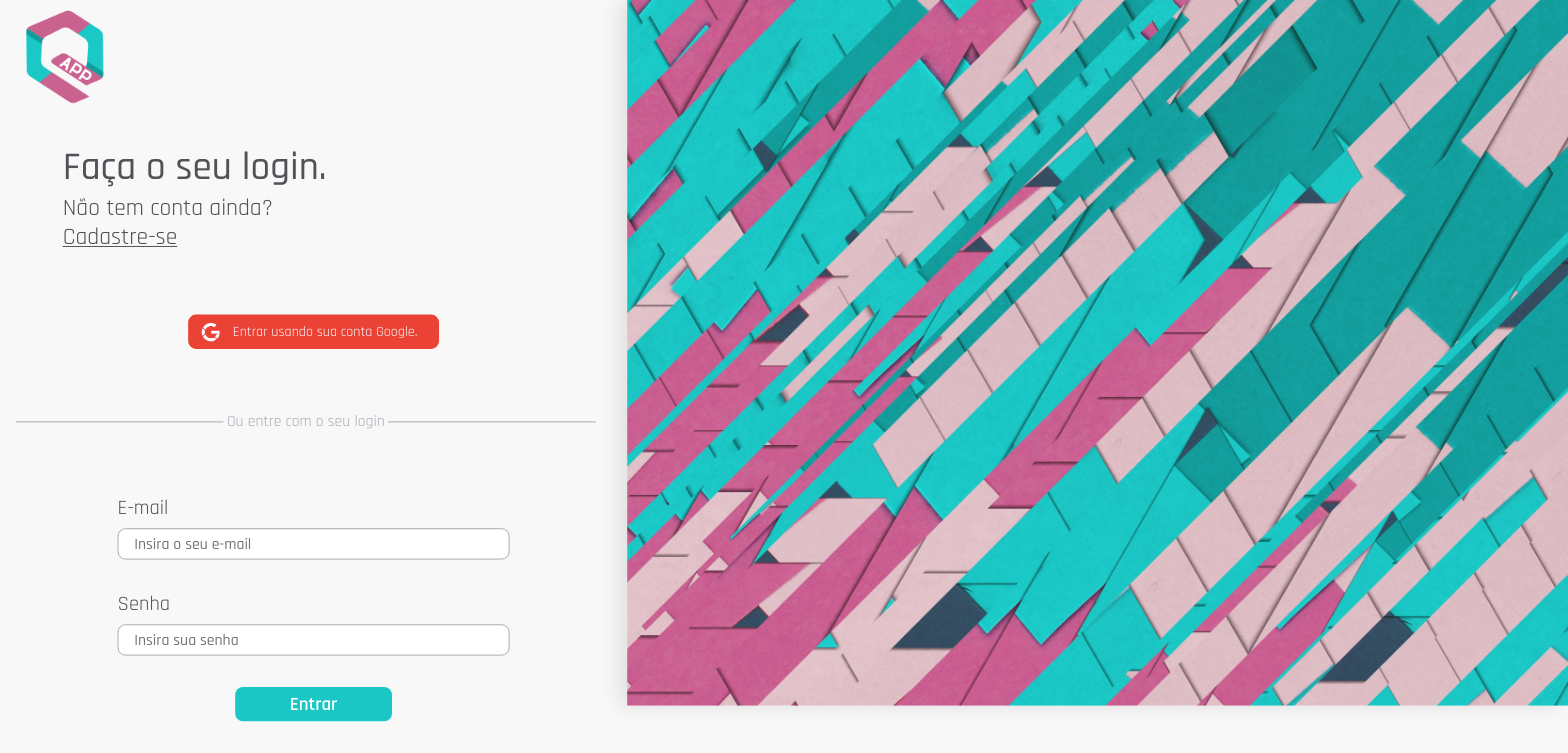
Repository: kika-cavalher/qapp-web
Page: /
The author's editor kept a copy of each file at every save. The page is drawn from the files as they stood at one save, then again after the next save.
The browser window is 1280 px wide. The page is 1600 px wide, so the pictures cover 1600 px, including what lies to the right of the window. The pictures show the whole page, at 98% of full size.
The page's requests for data from a server got no answer. The project was rebuilt for these pictures with package versions that can differ from the ones it lists, and the page was loaded fresh each time. No one was signed in, and anything a server would have sent is missing. Also part of the build but not shown: src/pages/Register.tsx.

Above is the page before, as saved 2022-02-28 16:58:32.

### public/index.html
<!DOCTYPE html>
<html lang="pt-br">
  <head>
    <meta charset="utf-8" />
    <meta name="viewport" content="width=device-width, initial-scale=1" />

    <link rel="preconnect" href="https://fonts.googleapis.com">
    <link rel="preconnect" href="https://fonts.gstatic.com" crossorigin>
    <link href="https://fonts.googleapis.com/css2?family=Rajdhani:wght@300;400;500;600;700&display=swap" rel="stylesheet">

    <title>QApp</title>
  </head>
  <body>
    <noscript>You need to enable JavaScript to run this app.</noscript>
    <div id="root"></div>
  </body>
</html>

### src/index.tsx
import React from 'react';
import ReactDOM from 'react-dom';
import App from './App';

import './styles/global/styles.scss';
import './services/firebase'


ReactDOM.render(
  <React.StrictMode>
    <App />
  </React.StrictMode>,
  document.getElementById('root')
);

### src/App.tsx
import { BrowserRouter, Routes, Route } from "react-router-dom";

import { LoginPage } from "./pages/Login";
import { RegisterPage } from "./pages/Register";

function App() {
  return (
    <BrowserRouter>
      <Routes>
        <Route path="/" element={<LoginPage />} />
        <Route path="register" element={<RegisterPage  />} />
      </Routes>
    </BrowserRouter>
  );
}

export default App;

### src/styles/global/styles.scss
@import 'variables.scss';

* {
    box-sizing: border-box;
    margin: 0;
    padding: 0;
  }

  body {
    background: $white-offwhite;
    color: $dark-grey;
  }

  body, input, button, textarea {
    font: 400 16px 'Rajdhani', sans-serif;
  }

### src/services/firebase.ts
import { initializeApp } from "firebase/app";
import { getAuth } from "firebase/auth";
import { getFirestore } from 'firebase/firestore/lite';


const firebaseConfig = {
    apiKey: process.env.REACT_APP_API_KEY,
    authDomain: process.env.REACT_APP_AUTH_DOMAIN,
    databaseURL: process.env.REACT_APP_DATABASE_URL,
    projectId: process.env.REACT_APP_PROJECT_ID,
    storageBucket: process.env.REACT_APP_STORAGE_BUCKET,
    messagingSenderId: process.env.REACT_APP_MESSAGING_SENDER_ID,
    appId: process.env.REACT_APP_APP_ID
  };

const app = initializeApp(firebaseConfig);

export const auth = getAuth();
export const db = getFirestore(app);

### src/pages/Login.tsx
import { Link } from 'react-router-dom'
import { useNavigate } from 'react-router-dom';

import imgLogin from '../assets/images/imgLogin.jpg';
import logoQapp from '../assets/images/logoQapp.png';
import googleIconImg from '../assets/icon/googleIconImg.png';

import '../styles/pages/login.scss'

import { Button } from '../components/Button';

export function LoginPage() {
    const history = useNavigate();

    function navigateToHome(e: { preventDefault: () => void; }) {
        e.preventDefault();
        history('/');
    }

    return (
        <div id="page-login">
            <main>
                <div className='page-login--main__container'>
                    <div className='page-login--main__logo'>
                        <img onClick={navigateToHome} id="img-logo" src={logoQapp} alt="Logo da empresa QApp" />
                    </div>
                    <div className='page-login--main__title'>
                        <h1>Faça o seu login.</h1>
                        <h2>Não tem conta ainda? </h2>
                        <Link to='/register' className='page-login--main__link-register'>
                        Cadastre-se
                        </Link>
                        {/* <Link to="/">Cadastre-se</Link> */}
                    </div>
                    <div className='page-login--main__google'>
                        <button className='btn__google'>
                            <img id="img-icon__google" src={googleIconImg} alt="Logo da empresa QApp" />
                            <p>Entrar usando sua conta Google.</p>
                        </button>
                    </div>
                    <div className='page-login--main__divider'>
                        <div>Ou entre com o seu login</div>
                    </div>
                    <div className='page-login--main__login-forms'>
                        <form>
                            <div className='page-login--login-forms__name'>
                                <p>E-mail</p>
                                <input type="text" placeholder="Insira o seu e-mail"/>
                            </div>
                            <div className='page-login--login-forms__password'>
                                <p>Senha</p>
                                <input type="text" placeholder="Insira sua senha"/>
                            </div>
                            <div className='btn__send'>
                                <Button type="submit">Entrar</Button>
                            </div>
                        </form>
                    </div>
                </div>

                <div className='page-login--main__img'>
                    <img src={imgLogin} alt="Imagem decorativa na pagina" />
                </div>
            </main>
        </div>
    )
}

### src/styles/global/variables.scss
//colors
$white: #fff;
$white-offwhite: #f8f8f8;
$grey_border: #a8a8b3;
$dark-grey: #515158;

$turquoise: #1ac7c5;
$dark-greenish: #119d9c;
$dark-pink: #c86291;
$light-pink: #ddbcc3;

$red_google: #ea4335;

// media queries
$monitor-width: 1300px;
@mixin monitor {
    @media (min-width: #{$monitor-width}) {
        @content;
    }
}

$notebook-width: 1300px;
@mixin notebook {
    @media (max-width: #{$notebook-width}) {
        @content;
    }
}

$tablet-width: 850px;
@mixin tablet {
    @media (max-width: #{$tablet-width}){
        @content;
    }
}

$phone-width: 500px;
@mixin phone {
    @media (max-width: #{$phone-width}){
        @content;
    }
}

$screen-slim: 650px;
@mixin slim {
    @media (max-height: #{$screen-slim}) {
        @content;
    }
}

### src/styles/pages/login.scss
@import '../global/variables.scss';


#page-login {
    background: $white-offwhite;
    display: flex;
    height: 100vh;

}

main{
    display: flex;
    flex-direction: row;
}

.page-login--main__container {
    display: flex;
    flex-direction: column;
    padding: 0 1rem;

    @include monitor {
        width: 40vw;
    }

    @include notebook {
        width: 50vw;
    }

    @include tablet {
        width: 100vw;
    }
}

.page-login--main__logo {

    #img-logo {
        cursor: pointer;
        margin-top: 0.5rem;
        width: 100px;
    }
}

.page-login--main__title {
    display: flex;
    flex-direction: column;
    margin: 2rem 3rem;

    h1 {
        font-weight: 500;

        @include monitor {
            font-size: 3.2rem;
        }

        @include notebook {
            font-size: 2.5rem;
        }

        @include tablet {
            font-size: 2rem;
        }

        @include phone {
            font-size: 1.8rem;
        }

        @include slim {
            font-size: 2rem;
        }
    }

    h2 {
        font-weight: 400;

        @include monitor {
            font-size: 2rem;
        }

        @include notebook {
            font-size: 1.5rem;
        }

        @include tablet {
            font-size: 1.3rem;
        }

        @include phone {
            font-size: 1.1rem;
        }

        @include slim {
            font-size: 1.3rem;
        }
    }

    .page-login--main__link-register {
        color: $dark-grey;
        cursor: pointer;
        font-weight: 400;
        text-decoration: underline 1px;
        text-underline-position: from-font;

        @include monitor {
            font-size: 2rem;
        }

        @include notebook {
            font-size: 1.5rem;
        }

        @include tablet {
            font-size: 1.3rem;
        }

        @include phone {
            font-size: 1.1rem;
        }

        @include slim {
            font-size: 1.3rem;
        }

            &:hover {
                font-weight: 600;
            }
        }
}

.page-login--main__google {
    align-self: center;
    display: flex;
    margin: 2rem 0;

    @include monitor {
        width: 18rem;
    }

    @include notebook {
        width: 16rem;
    }

    @include tablet {
        width: 18rem;
    }

    @include phone {
        width: 18rem;
    }

    @include slim {
        width: 15rem;
    }

}

@include monitor {
}

@include notebook {
}

@include tablet {
}

@include phone {
}

@include slim {
}
.page-login--main__divider {
    color: $grey_border;
    font-size: 1rem;

    align-items: center;
    display: flex;
    margin: 2rem 1rem 2rem 0;

    &::before {
        background: $grey_border;
        content: '';
        flex: 1;
        margin-right: 0.2rem;
        height: 1px;
    }

    &::after {
        background: $grey_border;
        content: '';
        flex: 1;
        margin-left: 0.2rem;
        height: 1px;
    }
}

.page-login--main__login-forms {
    display: flex;
    justify-content: center;
    width: 100%;

    form {
        align-items: center;
        display: flex;
        flex-direction: column;
        margin: 2rem 0;
        max-width: 25rem;
        width: 75%;

        p {
            font-size: 1.3rem
        }

        input {
            background: $white;
            border: 1px solid $grey_border;
            border-radius: 8px;
            color: $dark-grey;
            font-weight: 500;
            height: 2rem;
            margin: 0.5rem 0;
            outline: none;
            padding: 0 16px;
            width: 100%;

            &:hover {
                border: 2px solid $dark-greenish;
            }

            &:focus-visible {
                border: 2px solid $dark-greenish;
            }
        }
    }
}

.page-login--login-forms__name{
    width: 100%;
}

.page-login--login-forms__password{
    margin: 1.5rem 0;
    width: 100%;
}

.page-login--main__img {

    img {
        box-shadow: -8px 0px 20px rgba(0, 0, 0, 0.1);
        height: 100vh;
    }

    @include monitor {
        display: block;
        width: 60vw;
    }

    @include notebook {
        width: 50vw;
    }

    @include tablet {
        display: none;
    }
}

### src/components/Button.tsx
import {ButtonHTMLAttributes} from 'react'

import '../styles/global/button.scss'

type ButtonProps = ButtonHTMLAttributes<HTMLButtonElement>

export function Button (props:ButtonProps) {
    return (
        <button className="button" {...props} />
    )
}


/* import { useNavigate } from 'react-router-dom'; */


/*     const history = useNavigate();

    function navigateToRegisterPage(e: { preventDefault: () => void; }) {
        e.preventDefault();
        history('/register');
    } */

### src/styles/global/button.scss
@import '../global/variables.scss';

.btn__send {

    button {
        align-items: center;
        background: $turquoise;
        border: 0;
        border-radius: 8px;
        color: $white;
        cursor: pointer;
        display: flex;
        flex-direction: row;
        font-size: 1.2rem;
        font-weight: 600;
        height: 35px;
        justify-content: center;
        width: 10rem;
    }
}

.btn__google {
    align-items: center;
    background: $red_google;
    border: 0;
    border-radius: 8px;
    color: $white-offwhite;
    cursor: pointer;
    display: flex;
    flex-direction: row;
    transition: filter 0.2s;
    width: 100%;

    @include monitor {
        font-size: 1rem;
        height: 35px;
    }

    @include notebook {
        font-size: 0.9rem;
        height: 35px;
    }

    @include tablet {
        font-size: 1.3rem;
        height: 35px;
    }

    @include phone {
        font-size: 1.1rem;
        height: 35px;
    }

    @include slim {
        font-size: 0.8rem;
        height: 35px;
    }

    #img-icon__google {
        margin: 0 5%;
        width: 20px;
    }
}

After the next save:
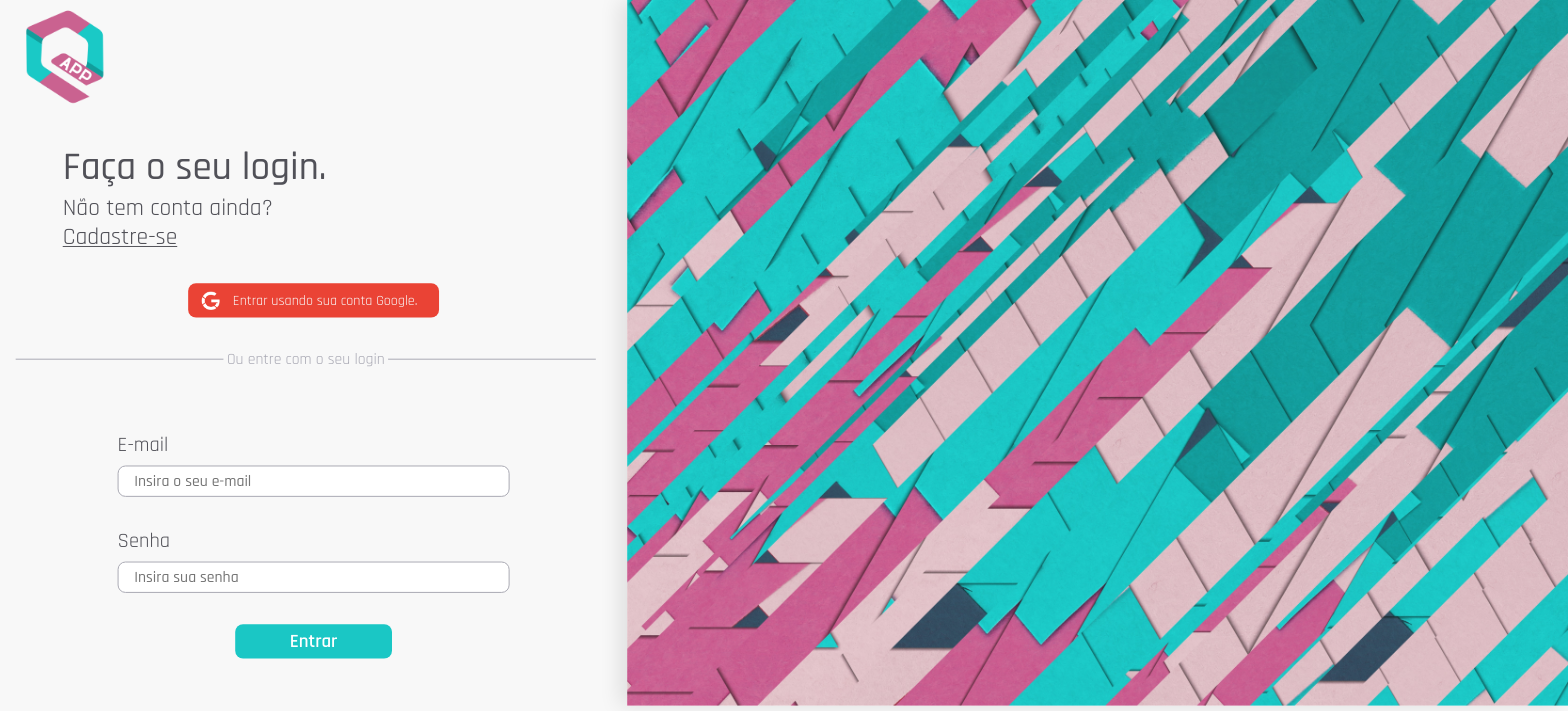
Saved 35 s later.
--- a/src/styles/pages/login.scss
+++ b/src/styles/pages/login.scss
@@ -129,9 +129,9 @@ main{
 .page-login--main__google {
     align-self: center;
     display: flex;
-    margin: 2rem 0;
 
     @include monitor {
+        margin: 2rem 0;
         width: 18rem;
     }
 
@@ -148,6 +148,7 @@ main{
     }
 
     @include slim {
+        margin: 1.7rem 0;
         width: 15rem;
     }
 
